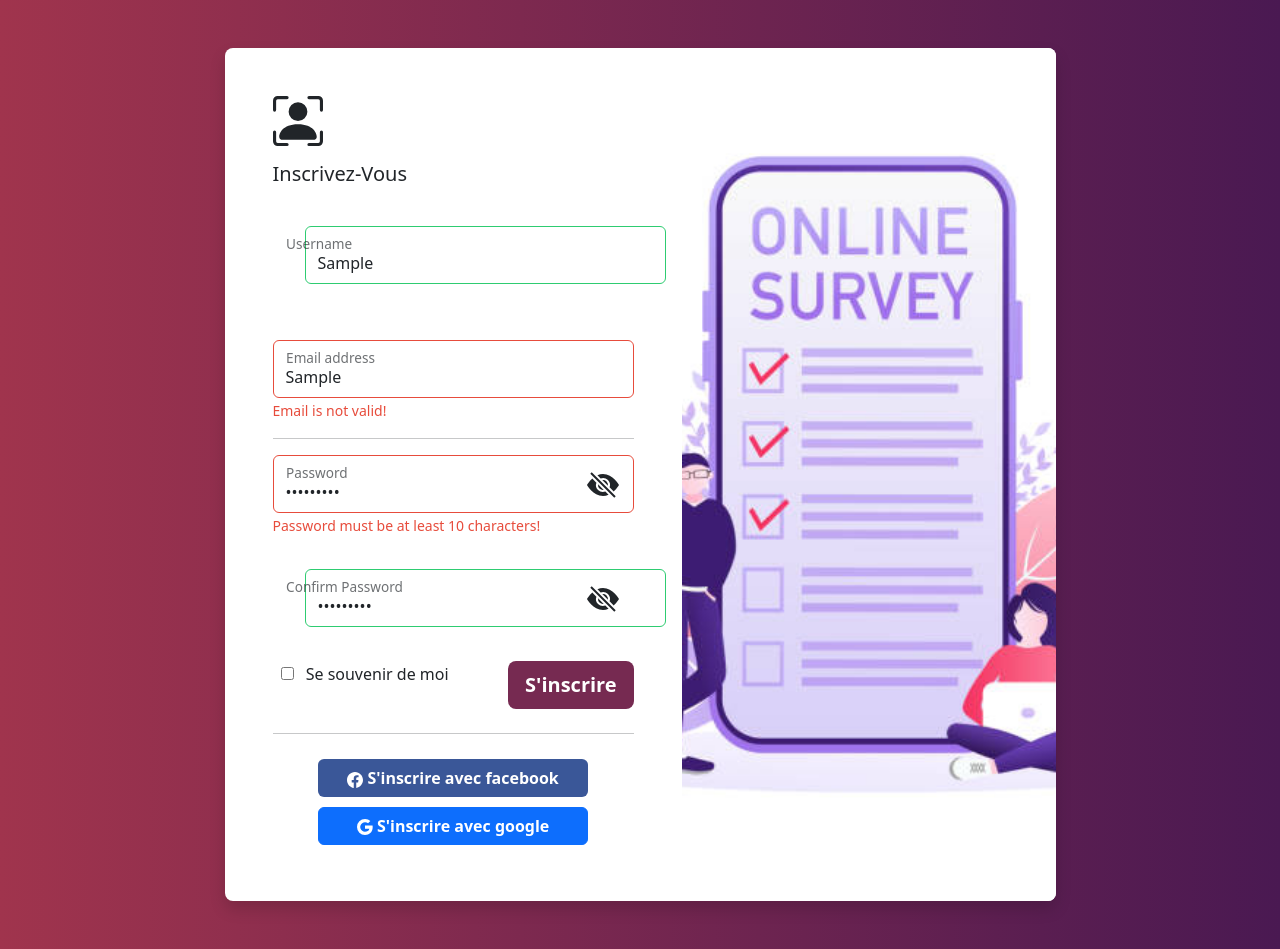
Repository: Djiamil/testsMoustaphaDER
Page: index.html
The author's editor kept a copy of each file at every save. The page is drawn from the files as they stood at one save, then again after the next save.
The browser window is 1280 px wide. The pictures show the whole page.
Empty fields were first filled with sample values (such as "Sample", 5 or name@example.com).
After loading, the first visible `#form` was submitted once.

Above is the page before, as saved 2022-12-09 11:11:14.

### index.html
<!DOCTYPE html>
<html lang="en">
<head>
    <meta charset="UTF-8">
    <meta http-equiv="X-UA-Compatible" content="IE=edge">
    <meta name="viewport" content="width=device-width, initial-scale=1.0">
    <title>Formulaire d'inscription Futur Digital</title>
    <link rel="stylesheet" href="https://cdn.jsdelivr.net/npm/bootstrap@5.2.3/dist/css/bootstrap.min.css" integrity="sha384-rbsA2VBKQhggwzxH7pPCaAqO46MgnOM80zW1RWuH61DGLwZJEdK2Kadq2F9CUG65" crossorigin="anonymous">
    <link rel="stylesheet" href="style.css">
</head>
<body>
    <div class="container">
        <div class="row">
          <div class="col-lg-10 col-xl-9 mx-auto">
            <div class="card flex-row my-5 border-0 shadow rounded-3 overflow-hidden">
                <div class="card-body p-4 p-sm-5">
                    <div class="d-flex flex-column">
                        <svg xmlns="http://www.w3.org/2000/svg" width="50" height="50" fill="currentColor" class="bi bi-person-bounding-box mb-3" viewBox="0 0 16 16">
                            <path d="M1.5 1a.5.5 0 0 0-.5.5v3a.5.5 0 0 1-1 0v-3A1.5 1.5 0 0 1 1.5 0h3a.5.5 0 0 1 0 1h-3zM11 .5a.5.5 0 0 1 .5-.5h3A1.5 1.5 0 0 1 16 1.5v3a.5.5 0 0 1-1 0v-3a.5.5 0 0 0-.5-.5h-3a.5.5 0 0 1-.5-.5zM.5 11a.5.5 0 0 1 .5.5v3a.5.5 0 0 0 .5.5h3a.5.5 0 0 1 0 1h-3A1.5 1.5 0 0 1 0 14.5v-3a.5.5 0 0 1 .5-.5zm15 0a.5.5 0 0 1 .5.5v3a1.5 1.5 0 0 1-1.5 1.5h-3a.5.5 0 0 1 0-1h3a.5.5 0 0 0 .5-.5v-3a.5.5 0 0 1 .5-.5z"/>
                            <path d="M3 14s-1 0-1-1 1-4 6-4 6 3 6 4-1 1-1 1H3zm8-9a3 3 0 1 1-6 0 3 3 0 0 1 6 0z"/>
                        </svg>
                        <h5 class="card-title  fw-light fs-5">Inscrivez-Vous</h5>
                    </div>
                    <form class="form" id="form">

                    <div class="form-floating mb-3">
                        <input type="text" class="form-control" id="username" placeholder="Username">
                        <label for="username">Username</label>
                        <small>Error message</small>
                    </div>

                    <div class="form-floating mb-3">
                        <input type="text" class="form-control" id="email" placeholder="Enter email">
                        <label for="floatingInputEmail">Email address</label>
                        <small>Error message</small>
                    </div>

                    <hr>

                    <div class="form-floating mb-3" >
                        <svg xmlns="http://www.w3.org/2000/svg" width="16" height="16" fill="currentColor" class="bi bi-eye-slash-fill" viewBox="0 0 16 16" id="eyes" >
                            <path d="m10.79 12.912-1.614-1.615a3.5 3.5 0 0 1-4.474-4.474l-2.06-2.06C.938 6.278 0 8 0 8s3 5.5 8 5.5a7.029 7.029 0 0 0 2.79-.588zM5.21 3.088A7.028 7.028 0 0 1 8 2.5c5 0 8 5.5 8 5.5s-.939 1.721-2.641 3.238l-2.062-2.062a3.5 3.5 0 0 0-4.474-4.474L5.21 3.089z"/>
                            <path d="M5.525 7.646a2.5 2.5 0 0 0 2.829 2.829l-2.83-2.829zm4.95.708-2.829-2.83a2.5 2.5 0 0 1 2.829 2.829zm3.171 6-12-12 .708-.708 12 12-.708.708z"/>
                        </svg>
                        <input type="password" class="form-control" id="password" placeholder="Enter password">

                        <label for="floatingPassword">Password</label>
                        <small>Error message</small>
                    </div>

                    <div class="form-floating mb-3">
                        <svg xmlns="http://www.w3.org/2000/svg" width="16" height="16" fill="currentColor" class="bi bi-eye-slash-fill" viewBox="0 0 16 16" id="eyes1">
                            <path d="m10.79 12.912-1.614-1.615a3.5 3.5 0 0 1-4.474-4.474l-2.06-2.06C.938 6.278 0 8 0 8s3 5.5 8 5.5a7.029 7.029 0 0 0 2.79-.588zM5.21 3.088A7.028 7.028 0 0 1 8 2.5c5 0 8 5.5 8 5.5s-.939 1.721-2.641 3.238l-2.062-2.062a3.5 3.5 0 0 0-4.474-4.474L5.21 3.089z"/>
                            <path d="M5.525 7.646a2.5 2.5 0 0 0 2.829 2.829l-2.83-2.829zm4.95.708-2.829-2.83a2.5 2.5 0 0 1 2.829 2.829zm3.171 6-12-12 .708-.708 12 12-.708.708z"/>
                        </svg>
                        <input type="password" class="form-control" id="password2" placeholder="Confirm your password">
                        <label for="floatingPasswordConfirm">Confirm Password</label>
                    </div>

                    <div class="d-grid mb-2 w-100 d-flex justify-content-between">
                        <div>
                            <input type="checkbox" value="" class="m-2">
                            Se souvenir de moi
                        </div>
                        <button class="btn btn-lg   fw-bold  mr-25" id="btninscription">S'inscrire</button>
                    </div>

                    <hr class="my-4">
                </form>
                <div class="d-flex justify-content-center flex-column align-items-center">
                    <div class="d-grid mb-2 w-75">
                        <button class="btn btn-facebook fw-bold ">
                            <svg xmlns="http://www.w3.org/2000/svg" width="16" height="16" fill="currentColor" class="bi bi-facebook" viewBox="0 0 16 16">
                                <path d="M16 8.049c0-4.446-3.582-8.05-8-8.05C3.58 0-.002 3.603-.002 8.05c0 4.017 2.926 7.347 6.75 7.951v-5.625h-2.03V8.05H6.75V6.275c0-2.017 1.195-3.131 3.022-3.131.876 0 1.791.157 1.791.157v1.98h-1.009c-.993 0-1.303.621-1.303 1.258v1.51h2.218l-.354 2.326H9.25V16c3.824-.604 6.75-3.934 6.75-7.951z"/>
                            </svg>
                            S'inscrire avec facebook
                        </button>
                    </div>
                    <div class="d-grid mb-2 w-75">
                        <button class="btn btn-primary fw-bold ">
                            <svg xmlns="http://www.w3.org/2000/svg" width="16" height="16" fill="currentColor" class="bi bi-google" viewBox="0 0 16 16">
                                <path d="M15.545 6.558a9.42 9.42 0 0 1 .139 1.626c0 2.434-.87 4.492-2.384 5.885h.002C11.978 15.292 10.158 16 8 16A8 8 0 1 1 8 0a7.689 7.689 0 0 1 5.352 2.082l-2.284 2.284A4.347 4.347 0 0 0 8 3.166c-2.087 0-3.86 1.408-4.492 3.304a4.792 4.792 0 0 0 0 3.063h.003c.635 1.893 2.405 3.301 4.492 3.301 1.078 0 2.004-.276 2.722-.764h-.003a3.702 3.702 0 0 0 1.599-2.431H8v-3.08h7.545z"/>
                              </svg> S'inscrire avec google
                        </button>
                    </div>
                </div>
                </div>
                <div class="card-img-left d-none d-md-flex">
                    <!-- Place de l'image qui est a gauche seter dans le css!-->
                  </div>
            </div>
        </div>
    </div>
<script src="https://cdn.jsdelivr.net/npm/bootstrap@5.2.3/dist/js/bootstrap.min.js" integrity="sha384-cuYeSxntonz0PPNlHhBs68uyIAVpIIOZZ5JqeqvYYIcEL727kskC66kF92t6Xl2V" crossorigin="anonymous"></script>
<script src="script.js"></script>
</body>
</html>

### style.css
@import url('https://fonts.googleapis.com/css2?family=Open+Sans:wght@300&display=swap');
:root{
  --success-color: #2ecc71;
  --error-color: #e74c3c;
}
body {
    background: #a0344d;
    background: linear-gradient(to right, #a0344d, #4a1952);
  }

  .card-img-left {
    width: 45%;
    /* Link to your background image using in the property below! */
    background: scroll center url('./image/ins.jpg');
    background-size: cover;
  }

  /* .btn-login {
    font-size: 0.9rem;
    letter-spacing: 0.05rem;
    padding: 0.75rem 1rem;
  } */

  /* .btn-google {
    color: white !important;
    background-color: #2297f4;
  } */

  .btn-facebook {
    color: white !important;
    background-color: #3a5798;
  }
  .form-floating input:focus{
    outline: 0;
    border-color: #777;
}

.form-floating.success input{
    border-color: var(--success-color);
    margin: 2rem;
}

.form-floating.error input{
    border-color: var(--error-color);
}

  .form-floating small{
    color: var(--error-color);
    bottom: 0;
    left: 0;
    visibility: hidden;
}

.form-floating.error small{
    visibility: visible;
}
button{
  position:relative;
  margin-top: 0.1rem;
}
#btninscription{
  background-color: #762a51;
  color: white;
}
#eyes{
  float: right;
  position:absolute;
  margin-top: 4%;
  margin-left: 85%;
  width: 3rem;
  height: 2rem;
  /* position: absolute; */
  /* margin-bottom: 6rem; */
  /* margin-top: 3rem; */
}
#eyes1{
  float: right;
  position:absolute;
  margin-top: 4%;
  margin-left: 85%;
  width: 3rem;
  height: 2rem;
  /* position: absolute; */
  /* margin-bottom: 6rem; */
  /* margin-top: 3rem; */
}

### script.js
const form = document.getElementById('form');
const username = document.getElementById('username');
const email = document.getElementById('email');
const password = document.getElementById('password');
const password2 = document.getElementById('password2');
const eyes = document.getElementById('eyes');
const eyes1 = document.getElementById('eyes1');
e=true;
e1=true;
eyes.addEventListener("click", function(){
    if(e){
        password.setAttribute("type", "text")
        e=false;
    }else{
        password.setAttribute("type", "password")
        e=true;
    }
    });
    eyes1.addEventListener("click", function(){
        if(e1){
            password2.setAttribute("type", "text")
            e1=false;
        }else{
            password2.setAttribute("type", "password")
            e1=true;
        }
    });
var regularExpression  = /^[a-zA-Z0-9!@#$%^&*]{6,16}$/;
function checkpassword(input){
    if(input.value.match(regularExpression)){
        alert("Please enter");
    }
}


function showError(input, message) {//Afficher les messages d'erreur
    const formControl = input.parentElement;
    formControl.className = 'form-floating error';
    const small = formControl.querySelector('small');
    small.innerText = message;
}

function showSuccess(input) {
    const formControl = input.parentElement;
    formControl.className = 'form-floating success';
}

function checkEmail(input) {//Tester si l'email est valide :  javascript : valid email
    const re = /^(([^<>()\[\]\\.,;:\s@"]+(\.[^<>()\[\]\\.,;:\s@"]+)*)|(".+"))@((\[[0-9]{1,3}\.[0-9]{1,3}\.[0-9]{1,3}\.[0-9]{1,3}\])|(([a-zA-Z\-0-9]+\.)+[a-zA-Z]{2,}))$/;

    if (re.test(input.value.trim().toLowerCase())) {
        showSuccess(input);
    } else {
        showError(input,`Email is not valid!`);
    }
}

function checkRequired(inputArray) {// Tester si les champs ne sont pas vides
    inputArray.forEach(input => {
        if (input.value.trim() === '') {
            showError(input,`${getFieldName(input)} is required`);
        }else{
            showSuccess(input);
        }
    });
}

//
function getFieldName(input) {//Retour le nom de chaque input en se basant sur son id
    return input.id.charAt(0).toUpperCase() + input.id.slice(1);
}
//

//
function checkLength(input, min, max) {//Tester la longueur de la valeur  d'un input
    if(input.value.length < min){
        showError(input, `${getFieldName(input)} must be at least ${min} characters!`)
    }else if(input.value.length > max){
        showError(input, `${getFieldName(input)} must be less than ${max} characters !`);
    }else{
        showSuccess(input);
    }
}
//
function checkPasswordMatch(input1, input2) {//Verifie la conformité des password
    if (input1.value !== input2.value) {
        showError(input2, 'Passwords do not match!');
    }
}

form.addEventListener('submit',function(e){
    e.preventDefault();//Bloquer la soumission du formulaire

    checkpassword(password)
    checkRequired([username, email, password, password2]);
    //
    checkLength(username, 3, 15);
    checkLength(password, 10, 25);
    checkEmail(email);
    checkPasswordMatch(password,password2);


    /*
    function isValidEmail(email) {//Tester si l'email est valide
    const re = /^(([^<>()\[\]\\.,;:\s@"]+(\.[^<>()\[\]\\.,;:\s@"]+)*)|(".+"))@((\[[0-9]{1,3}\.[0-9]{1,3}\.[0-9]{1,3}\.[0-9]{1,3}\])|(([a-zA-Z\-0-9]+\.)+[a-zA-Z]{2,}))$/;
    return re.test(String(email).toLowerCase());
}
*/
});

After the next save:
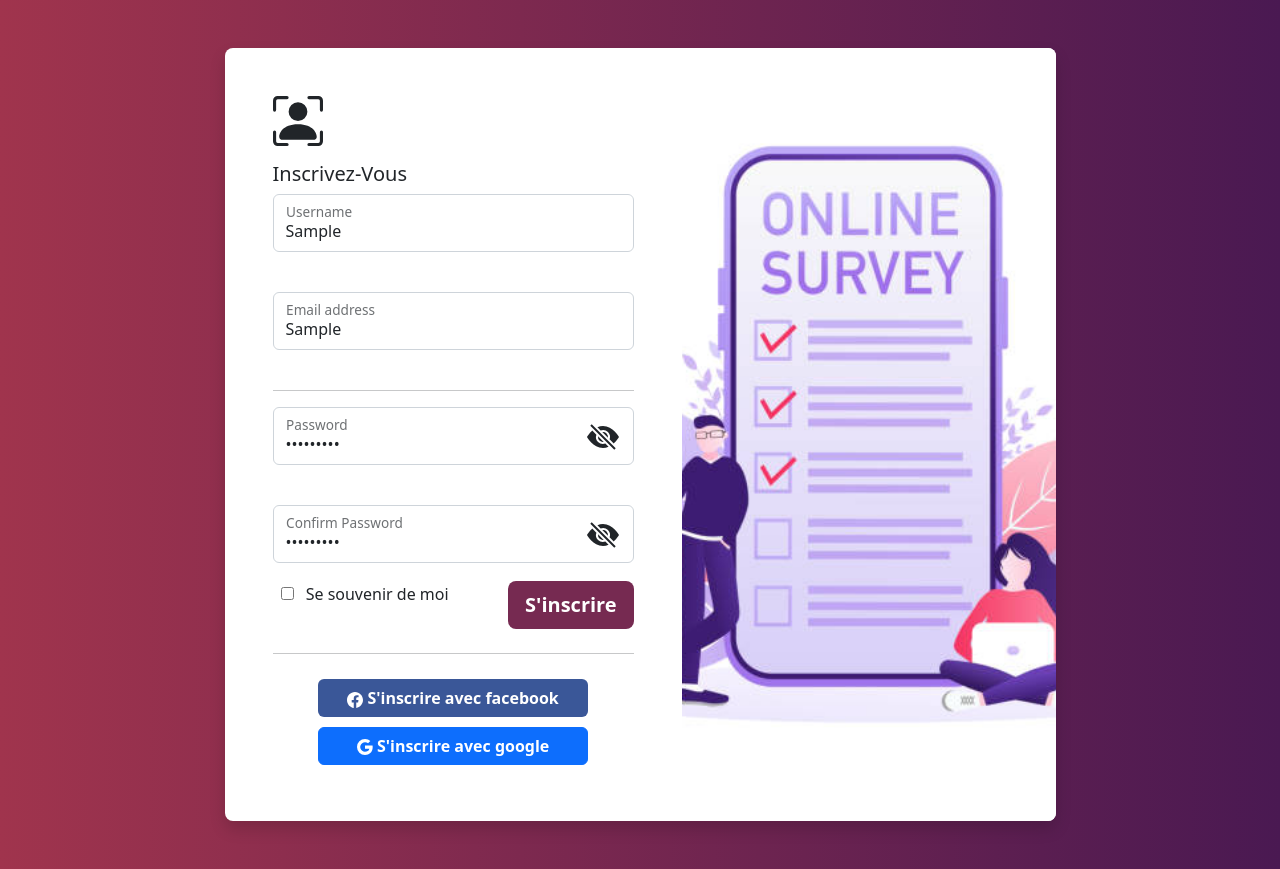
Console error: TypeError: input.match is not a function
Saved 12 s later.
--- a/script.js
+++ b/script.js
@@ -27,7 +27,7 @@
     });
 var regularExpression  = /^[a-zA-Z0-9!@#$%^&*]{6,16}$/;
 function checkpassword(input){
-    if(input.value.match(regularExpression)){
+    if(input.match(regularExpression)){
         alert("Please enter");
     }
 }

After the save that followed:
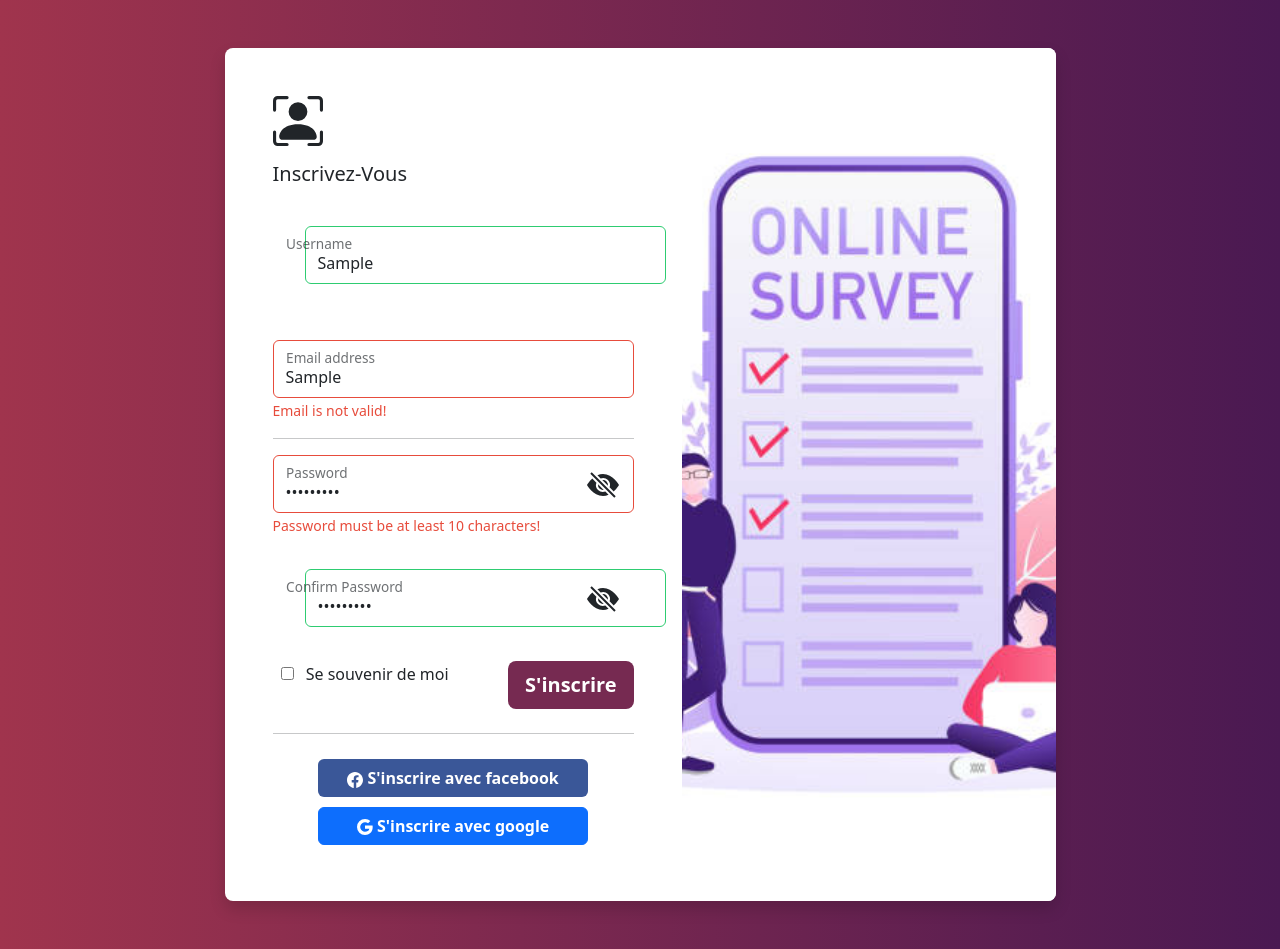
The error is gone.
Saved 41 s later.
--- a/script.js
+++ b/script.js
@@ -27,7 +27,7 @@
     });
 var regularExpression  = /^[a-zA-Z0-9!@#$%^&*]{6,16}$/;
 function checkpassword(input){
-    if(input.match(regularExpression)){
+    if(input.value.match(regularExpression)){
         alert("Please enter");
     }
 }
